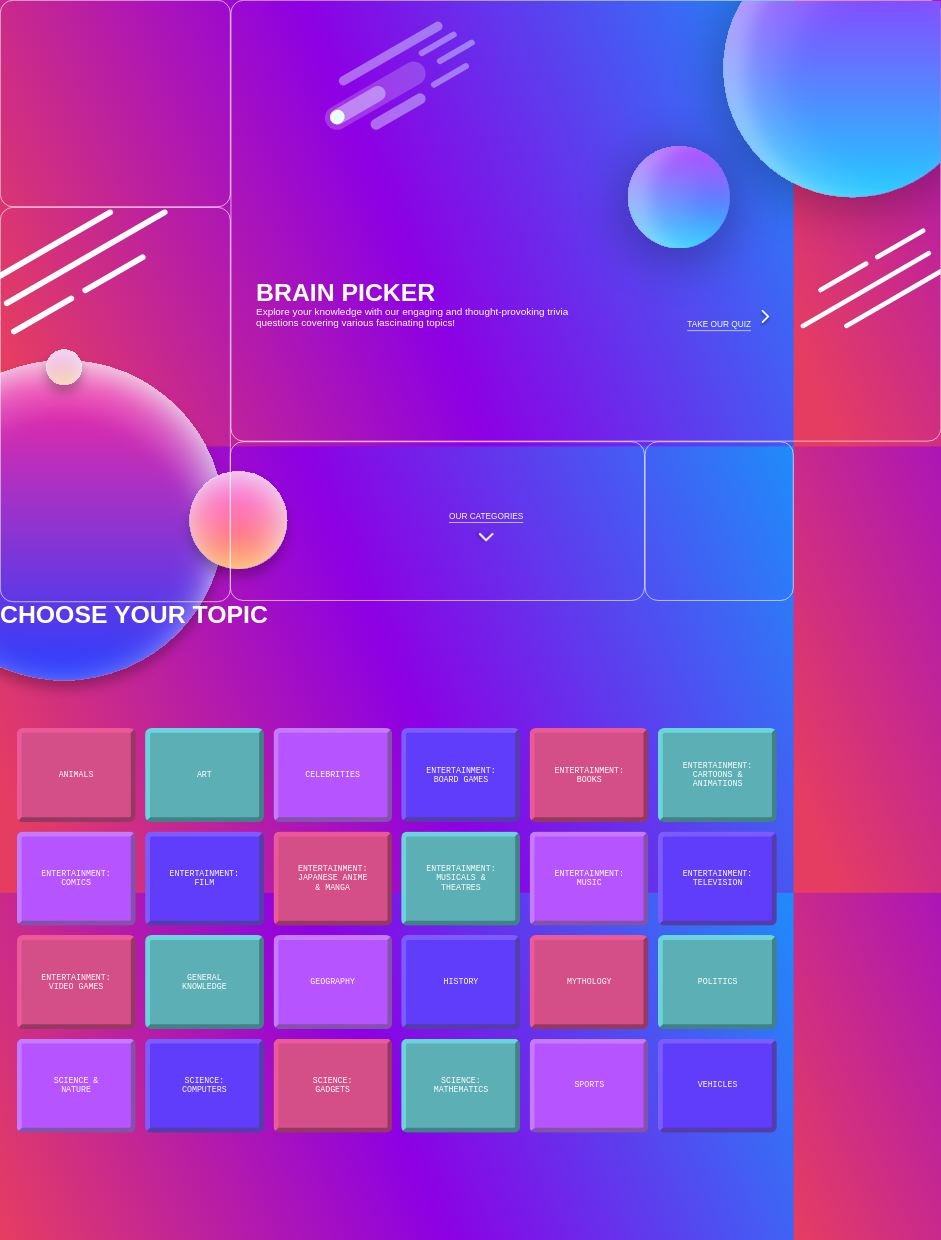
Repository: pjiang604/COMP-2170_Final-Project
Page: index.html
An editor plug-in stored every save of this project. The page is shown before and after the next save, followed by the edit.
The browser window is 1280 px wide. The page is 1518 px wide, so the pictures cover 1518 px, including what lies to the right of the window. The pictures show the whole page, at 62% of full size.
Backgrounds fixed to the window are drawn as part of the page.

Above is the page before, as saved 2023-04-30 13:29:43.

After the next save:
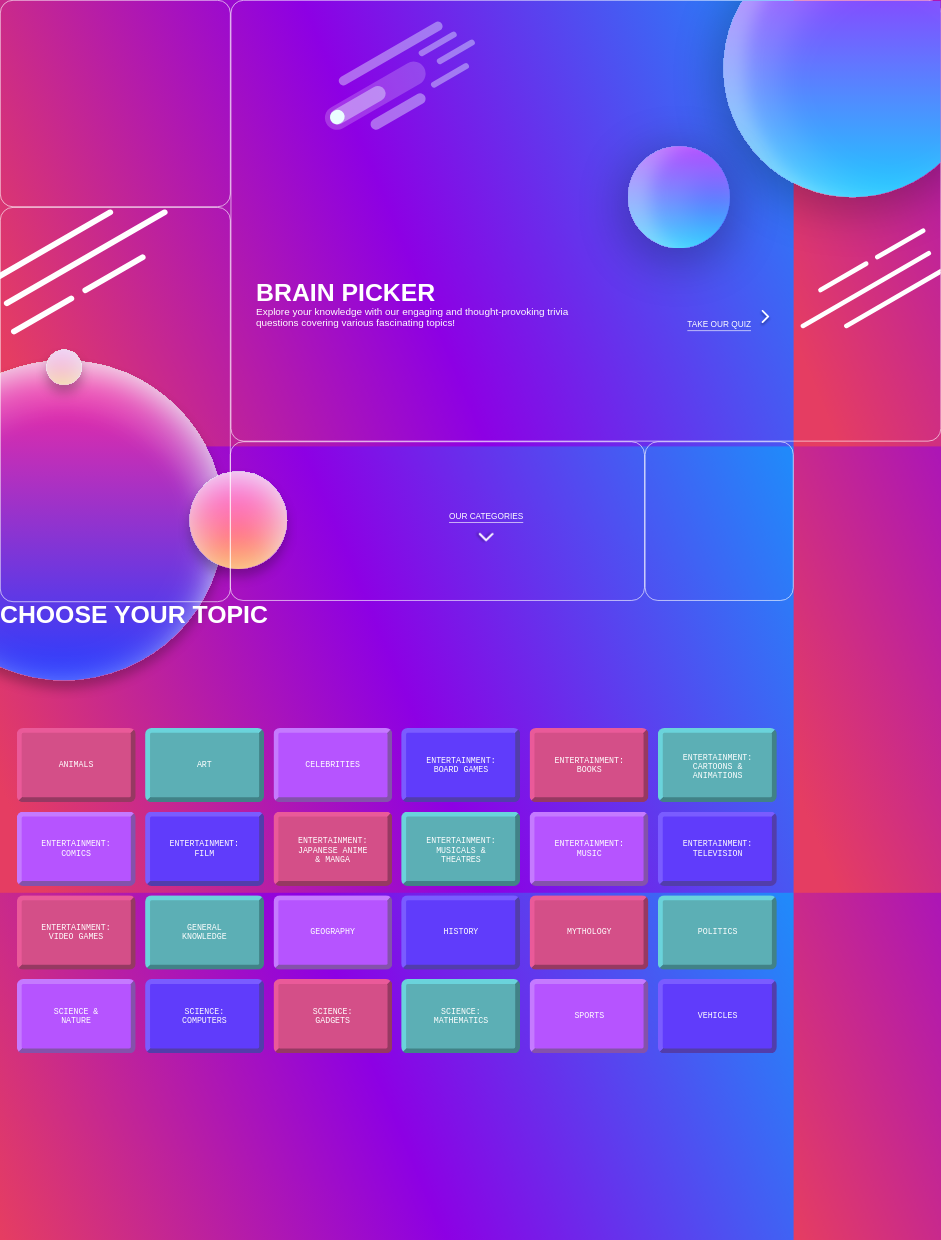
Saved 20 s later.
--- a/style.css
+++ b/style.css
@@ -208,7 +208,7 @@ body {
 .topic_button1{
 	font-family: var(--secondary-font);
 	border-width: .5rem;
-	height: 9.5rem;
+	height: 7.5rem;
     color: var(--white);
     border-radius: 0.656rem;
     background-color: var(--crimson);
@@ -221,7 +221,7 @@ body {
 .topic_button2{
 	font-family: var(--secondary-font);
 	background-color: var(--teal);
-	height: 9.5rem;
+	height: 7.5rem;
 	color: var(--white);
 	border-radius: 0.656rem;
 	border-color: var(--teal-2);
@@ -232,7 +232,7 @@ body {
 .topic_button3{
 	font-family: var(--secondary-font);
 	background-color:var(--purple);
-	height: 9.5rem;
+	height: 7.5rem;
 	color: var(--white);
 	border-radius: 0.656rem;
 	border-color:var(--purple-2);
@@ -243,7 +243,7 @@ body {
 .topic_button4{
 	font-family: var(--secondary-font);
 	background-color:var(--indigo);
-	height: 9.5rem;
+	height: 7.5rem;
 	color: var(--white);
 	border-radius: 0.656rem;
 	border-color: var(--indigo-2);
